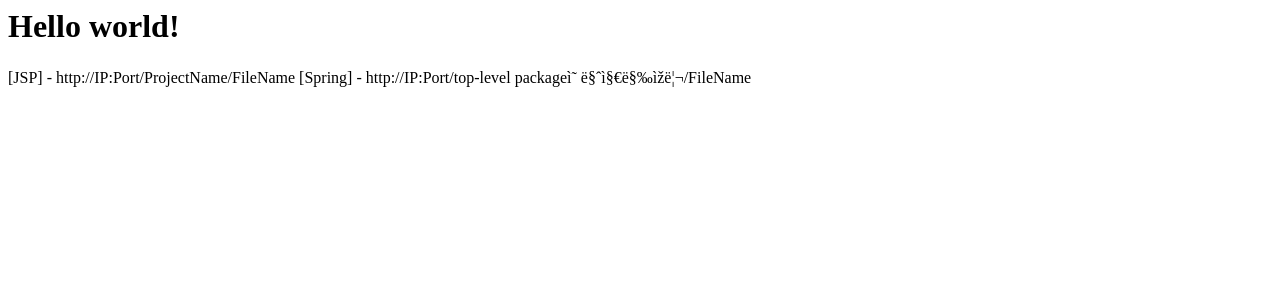
Repository: womss/sexyguy
Page: http://localhost/Feb10_1_Spring/
An editor plug-in stored every save of this project. The page is shown before and after the next save, followed by the edit.
The browser window is 1280 px wide. The pictures show the whole page.
The page is served by Tomcat 9. Other server files are loaded and not shown.

Above is the page before, as saved 2025-02-10 03:19:47.

### Spring/Feb10_1_Spring/src/main/webapp/WEB-INF/views/home.jsp
<%@ taglib uri="http://java.sun.com/jsp/jstl/core" prefix="c" %>
<%@ page session="false" %>
<html>
<head>
	<title>Home</title>
</head>
<body>
<h1>Hello world!</h1>

	[JSP] - http://IP:Port/ProjectName/FileName
	[Spring] - http://IP:Port/top-level package의 마지막자리/FileName




</body>
</html>

After the next save:
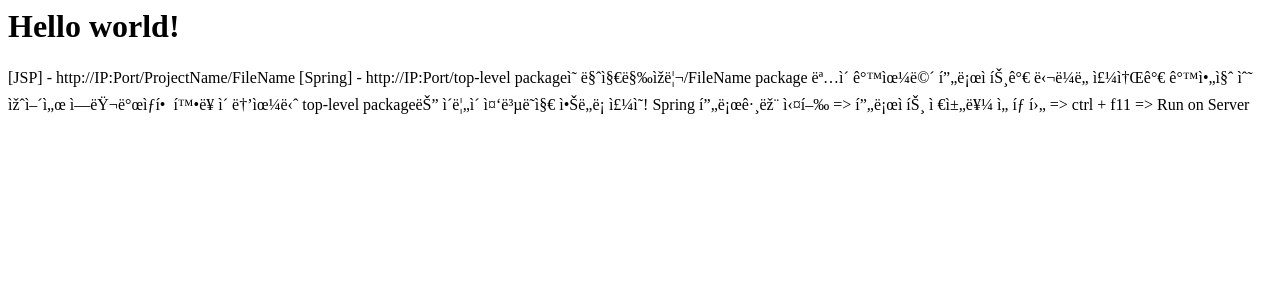
Saved 2 min 38 s later.
--- a/Spring/Feb10_1_Spring/src/main/webapp/WEB-INF/views/home.jsp
+++ b/Spring/Feb10_1_Spring/src/main/webapp/WEB-INF/views/home.jsp
@@ -10,6 +10,12 @@
 	[JSP] - http://IP:Port/ProjectName/FileName
 	[Spring] - http://IP:Port/top-level package의 마지막자리/FileName
 
+	package 명이 같으면 프로젝트가 달라도 주소가 같아질 수 있어서
+	에러발생할 확률이 높으니 top-level package는 이름이 중복되지 않도록 주의!
+
+	Spring 프로그램 실행 => 프로젝트 저채를 선택 후
+					=> ctrl + f11 => Run on Server
+
 
 
 
